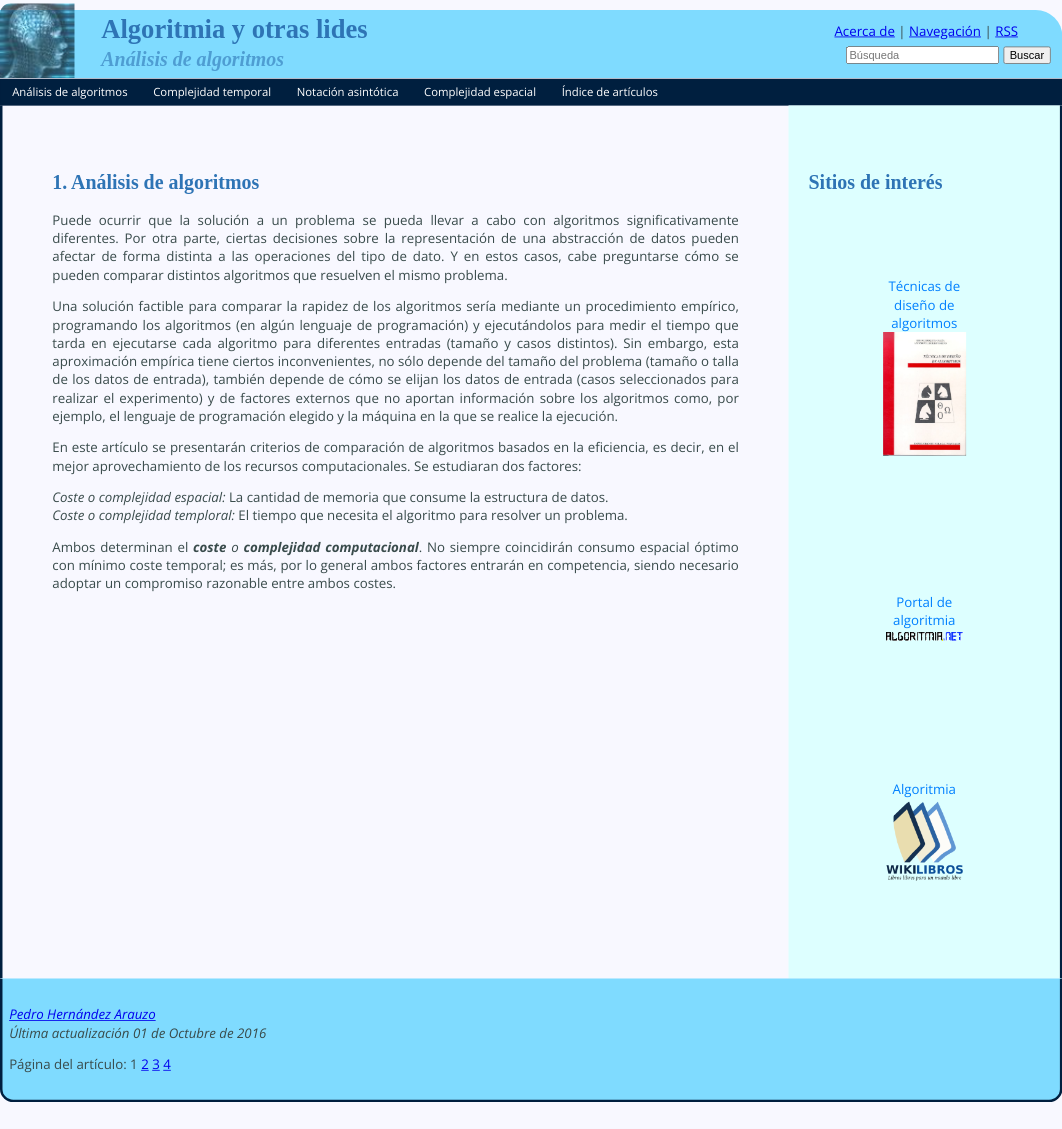
Repository: dgsama/Curso17
Page: SEW/WorkSpace/Practica04/index.html
The author's editor kept a copy of each file at every save. The page is drawn from the files as they stood at one save, then again after the next save.
The browser window is 1280 px wide. The pictures show the whole page, at 83% of full size.
Some web fonts or font styles are not loaded; a fallback is used.

Above is the page before, as saved 2016-10-26 09:40:14.

After the next save:
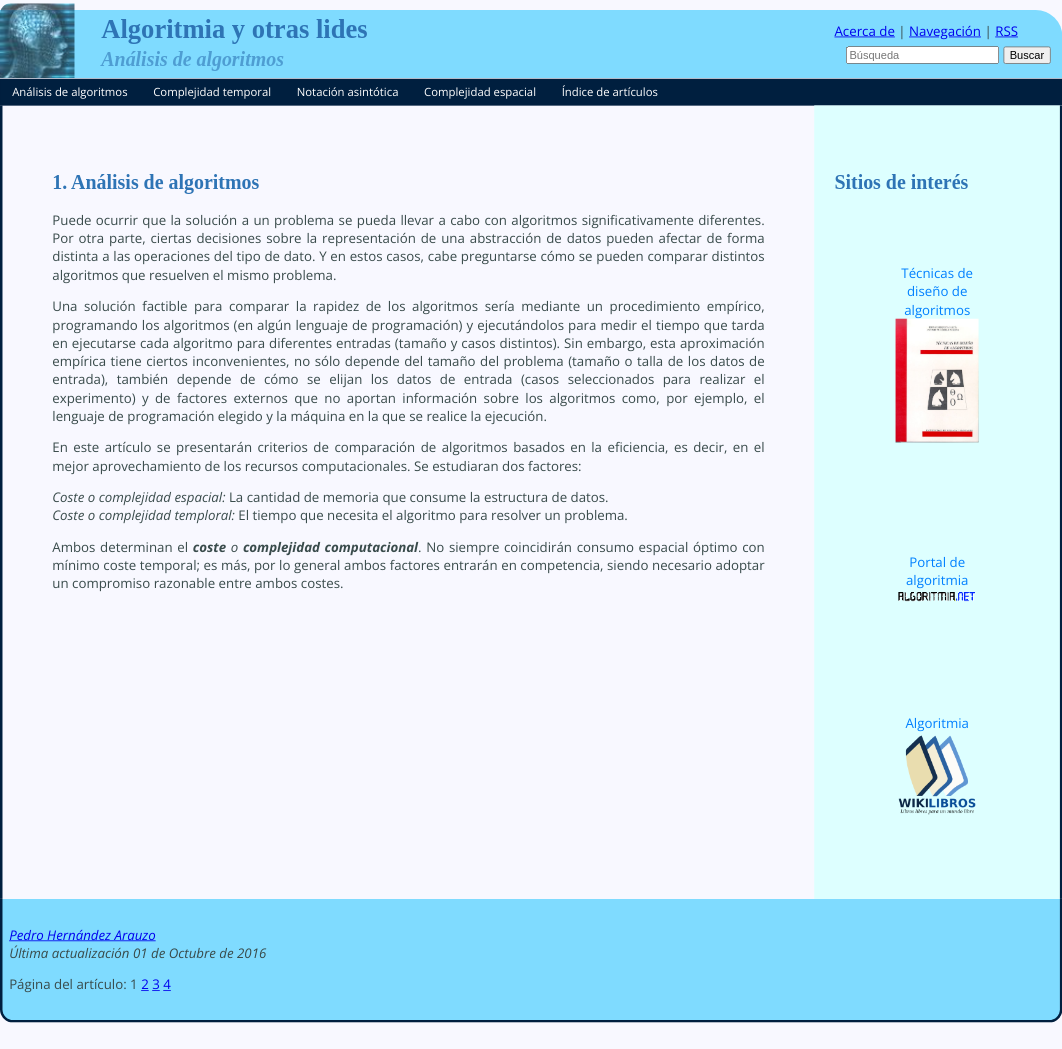
Saved 7 s later.
--- a/SEW/WorkSpace/Practica04/estilo.css
+++ b/SEW/WorkSpace/Practica04/estilo.css
@@ -266,7 +266,7 @@
 }
 
 aside figure {
-    padding: 5em;
+    padding: 4em;
     text-align: center;
 }
 
